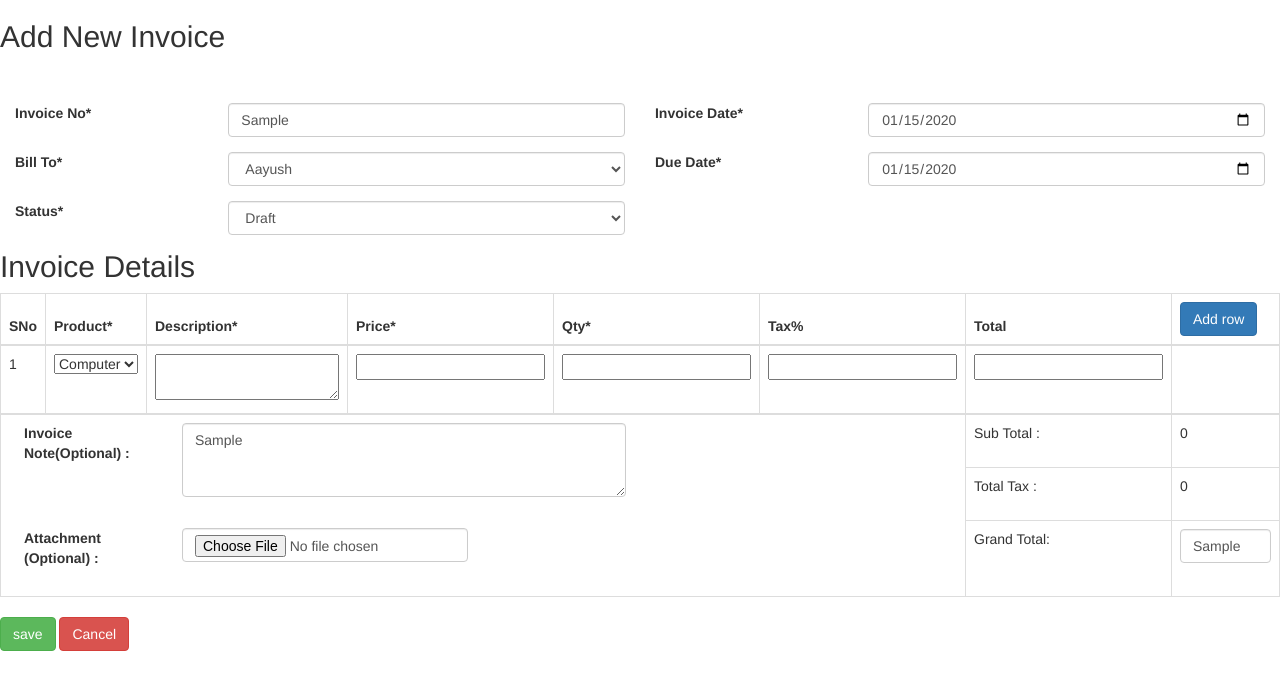
Repository: Aayush13013/Invoice_Management_app
Page: http://localhost/invoiceInfo/WEB-INF/jsp/new_invoiceInfo.jsp
An editor plug-in stored every save of this project. The page is shown before and after a run of saves, followed by the edit.
The browser window is 1280 px wide. The pictures show the whole page.
Empty fields were first filled with sample values (such as "Sample", 5 or name@example.com).
After loading, the first visible `input.btn` was clicked once.
The page is served by Tomcat 9. Nobody is signed in. Other server files are loaded and not shown. The template is opened directly, without the code that normally fills it, so the values that code supplies are empty.

Above is the page before, as saved 2021-12-28 05:36:56.

### invoiceInfo/invoiceInfo/src/main/webapp/WEB-INF/jsp/new_invoiceInfo.jsp
<%@ page language="java" contentType="text/html; charset=ISO-8859-1"
	pageEncoding="ISO-8859-1"%>
<%@ taglib prefix="form" uri="http://www.springframework.org/tags/form"%>
<%@ taglib prefix="c" uri="http://java.sun.com/jsp/jstl/core"%>


<!DOCTYPE html>
<html>

<head>
<meta charset="ISO-8859-1">
<title>Add New Invoice</title>

<link rel="stylesheet"
	href="https://maxcdn.bootstrapcdn.com/bootstrap/3.4.1/css/bootstrap.min.css">



</head>

<body>
	<script>
		function addRows(id) {
			var table = document.getElementById(id);
			var array = [ "Computer", "Mobile", "PenDrive", "Mouse" ];

			var rowCount = table.rows.length;
			var row = table.insertRow(rowCount);
			var counts = rowCount - 1;

			var cell0 = row.insertCell(0);
			cell0.innerHTML = rowCount + 1;

			var cell1 = row.insertCell(1);
			var element1 = document.createElement("select");
			element1.name = "listOfProducts[" + counts + "].productName";
			for (var i = 0; i < array.length; i++) {
				var option = document.createElement("option");
				option.value = array[i];
				option.text = array[i];
				element1.appendChild(option);
			}
			element1.required="required";
			cell1.appendChild(element1);

			var cell2 = row.insertCell(2);
			var element2 = document.createElement("textarea");
			element2.type = "text";
			element2.name = "listOfProducts[" + counts + "].description";
			element2.required="required";
			cell2.appendChild(element2);

			var cell3 = row.insertCell(3);
			var element3 = document.createElement("input");
			element3.type = "number";
			element3.name = "listOfProducts[" + counts + "].price";
			element3.required="required";
			cell3.appendChild(element3);

			var cell4 = row.insertCell(4);
			var element4 = document.createElement("input");
			element4.type = "number";
			element4.name = "listOfProducts[" + counts + "].qty";
			cell4.appendChild(element4);

			var cell5 = row.insertCell(5);
			var element5 = document.createElement("input");
			element5.type = "number";
			element5.name = "listOfProducts[" + counts + "].taxPercent";
			cell5.appendChild(element5);

			var cell6 = row.insertCell(6);
			var element6 = document.createElement("input");
			element6.type = "number";
			element6.name = "listOfProducts[" + counts + "].total";
			cell6.appendChild(element6);




		}
	</script>


	<h2>Add New Invoice</h2>
	<br>



	<form:form action="/saveInvoice" modelAttribute="invoiceInfo"
		method="POST">
		<form:hidden path="id" placeholder="id" class="form-control " />
		<div class="form-row">
			<div class="form-group col-md-2">
				<label>Invoice No*</label>
			</div>
			<div class="form-group col-md-4">
				<form:input type="text" path="invoiceNo" placeholder="invoiceNo" required="required"
					class="form-control" />
			</div>
			<div class="form-group col-md-2">
				<label>Invoice Date*</label>

			</div>
			<div class="form-group col-md-4">
				<form:input type="date" path="invoiceDate" placeholder="invoiceDate"
					class="form-control " />
			</div>
		</div>
		<div class="form-row">
			<div class="form-group col-md-2">
				<label>Bill To*</label>

			</div>
			<div class="form-group col-md-4">
				<form:select path="billTo" class="form-control"
					required="required">
					<optgroup label="Select_Customer">
						<form:option value="Aayush"></form:option>
						<form:option value="Shridhar"></form:option>
						<form:option value="Suneel"></form:option>
						<form:option value="Lekhana"></form:option>
					</optgroup>
				</form:select>
			</div>
			<div class="form-group col-md-2">
				<label>Due Date*</label>

			</div>

			<div class="form-group col-md-4">
				<form:input type="date" path="dueDate" placeholder="dueDate"
					class="form-control " />
			</div>
		</div>
		<div class="form-row">
			<div class="form-group col-md-2">
				<label>Status*</label>

			</div>
			<div class="form-group col-md-4">
				<form:select path="status" class="form-control"  >
					<optgroup label="Select_Status">
						<form:option value="Draft"></form:option>
						<form:option value="Sent"></form:option>
						<form:option value="Paid"></form:option>
					</optgroup>
				</form:select>
			</div>
			<div class="form-group col-md-2">
				<label hidden>** :</label>
			</div>
			<div class="form-group col-md-4">
				<input type="text" class="form-control" style="visibility: hidden;">
			</div>
		</div>


		<div class="form-row">
			<h2>Invoice Details</h2>

			<table class="table table-bordered">
				<thead>
					<tr>
						<th>SNo</th>
						<th>Product*</th>
						<th>Description*</th>
						<th>Price*</th>
						<th>Qty*</th>
						<th>Tax%</th>
						<th>Total</th>
						<th><input type="button" value="Add row" class="btn btn-primary"
							onclick="addRows('myTable')" /></th>
					</tr>

				</thead>
				<tbody id="myTable">

				</tbody>
				<tr>
					<td colspan="6" rowspan="2">
						<div class="form-group  col-md-2">
							<label>Invoice Note(Optional) :</label>
						</div>
						<div class="form-group   col-md-6">
							<textarea class="form-control rounded-0" name="invoiceNote"
								id="invoiceNote" rows="3" maxlength="1000"
								placeholder="Invoice Note"></textarea>
						</div>
					</td>
					<td>Sub Total :</td>
					<td><span path="subTotal" name="subTotal" id="subTotal">0</span></td>
				</tr>
				<tr>
					<td>Total Tax :</td>
					<td><span path="totalTax" name="totalTax" id="totalTax">0</span></td>
				</tr>
				<tr>
					<td colspan="6" style="border-top: hidden">
						<div class="form-group  col-md-2">
							<label>Attachment (Optional) :</label>
						</div>
						<div class="form-group col-md-4">
							<input type="file" name="file" path="file" placeholder="Attachment"
								id="file" class="form-control">
						</div>
					</td>
					<td>Grand Total:</td>
					<td><input type="text" path="grandTotal" name="grandTotal"
						id="grandTotal"  class="form-control col-4 mb-4" /></td>
				</tr>

			</table>
		</div>

		<input type="submit" value="save" class="btn btn-success" />
		<button type="clear" class="btn btn-danger">Cancel</button>
	</form:form>
</body>

</html>

After the next 2 saves:
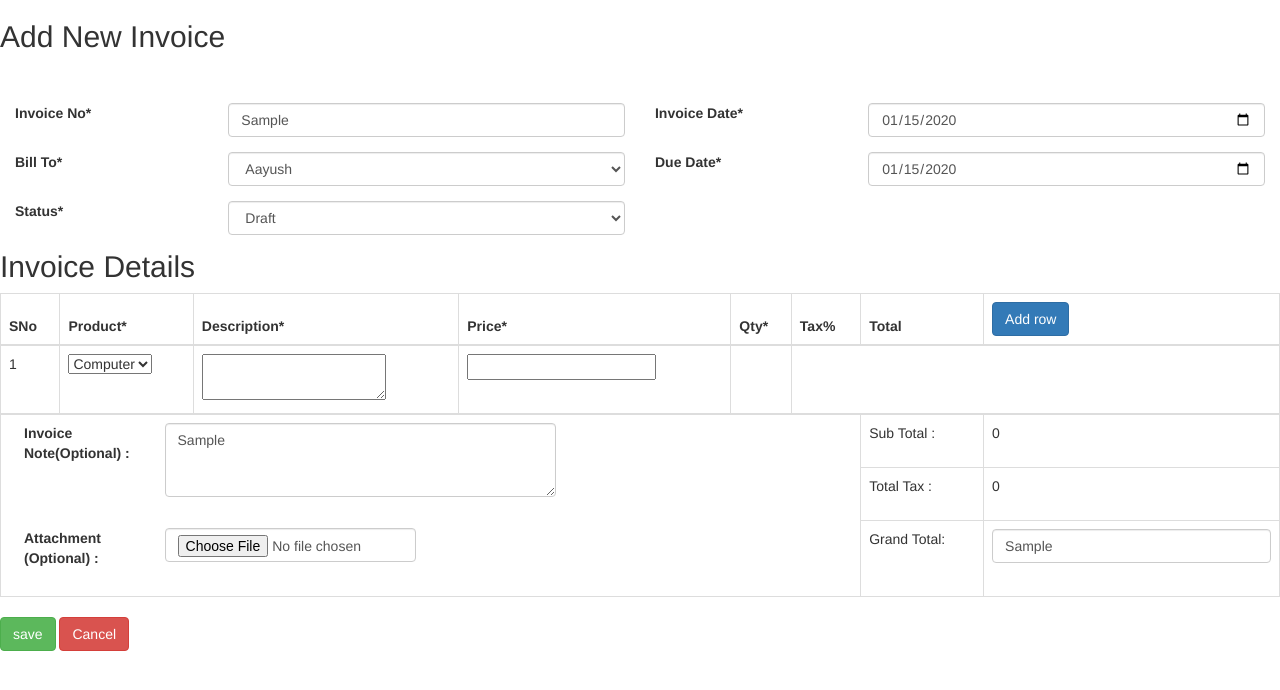
Console error: TypeError: Cannot set properties of undefined (setting 'required')
The 2 saves are shown as one change because they came seconds apart.
The last was saved 6 s later.
--- a/invoiceInfo/invoiceInfo/src/main/webapp/WEB-INF/jsp/new_invoiceInfo.jsp
+++ b/invoiceInfo/invoiceInfo/src/main/webapp/WEB-INF/jsp/new_invoiceInfo.jsp
@@ -61,6 +61,7 @@
 			var element4 = document.createElement("input");
 			element4.type = "number";
 			element4.name = "listOfProducts[" + counts + "].qty";
+			element5.required="required";
 			cell4.appendChild(element4);
 
 			var cell5 = row.insertCell(5);

After the 3 saves that followed:
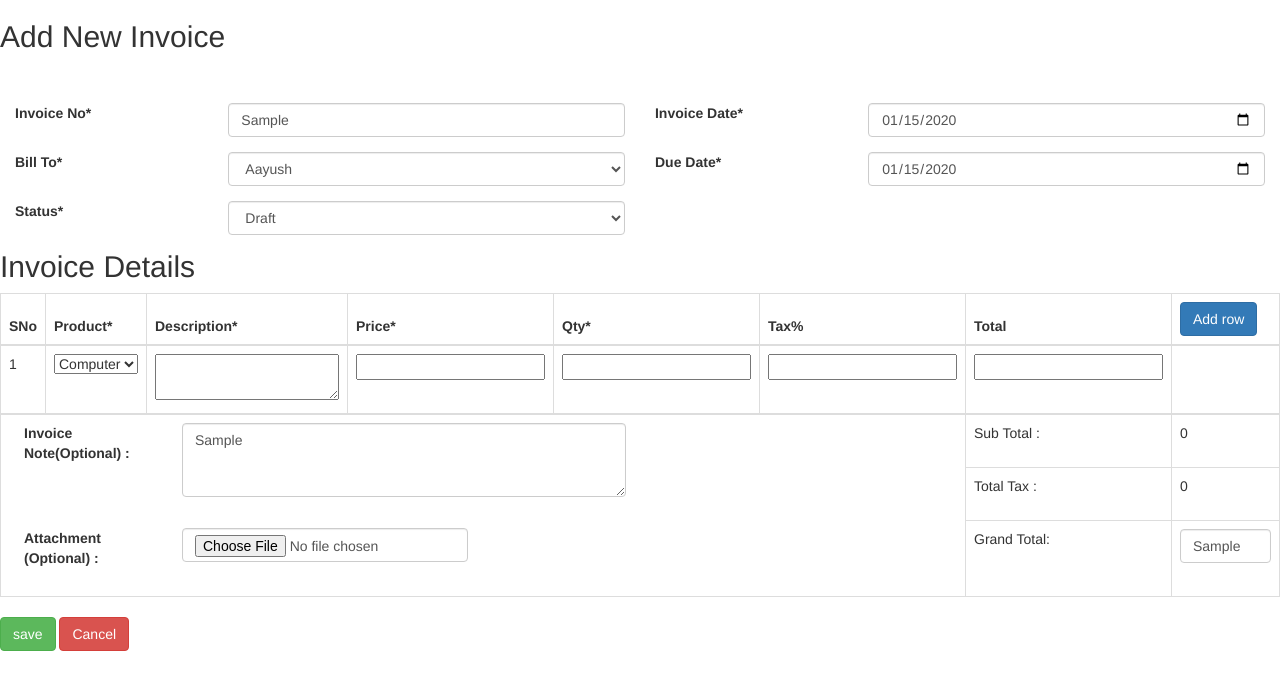
The error is gone.
The 3 saves are shown as one change because they came seconds apart.
The last was saved 10 s later.
--- a/invoiceInfo/invoiceInfo/src/main/webapp/WEB-INF/jsp/new_invoiceInfo.jsp
+++ b/invoiceInfo/invoiceInfo/src/main/webapp/WEB-INF/jsp/new_invoiceInfo.jsp
@@ -61,13 +61,14 @@
 			var element4 = document.createElement("input");
 			element4.type = "number";
 			element4.name = "listOfProducts[" + counts + "].qty";
-			element5.required="required";
+			element4.required="required";
 			cell4.appendChild(element4);
 
 			var cell5 = row.insertCell(5);
 			var element5 = document.createElement("input");
 			element5.type = "number";
 			element5.name = "listOfProducts[" + counts + "].taxPercent";
+			element5.required="required";
 			cell5.appendChild(element5);
 
 			var cell6 = row.insertCell(6);
